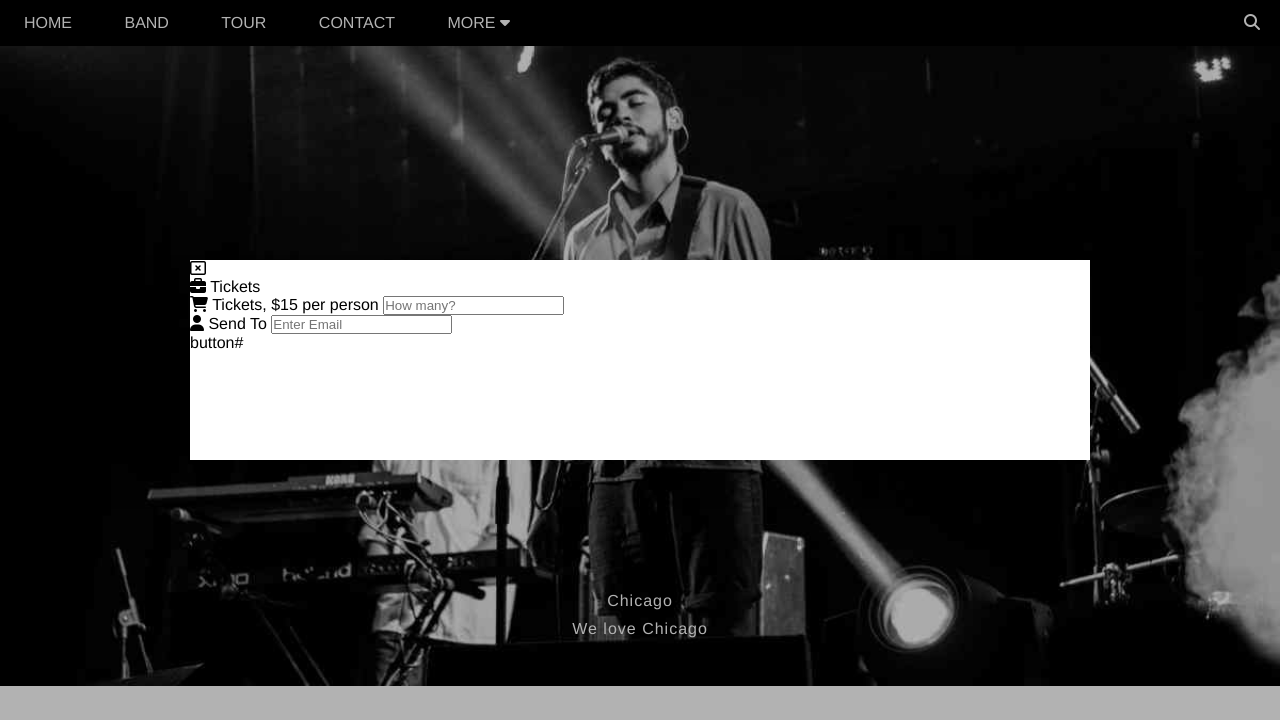
Repository: NguyenMinhChau/Theband
Page: index.html
An editor plug-in stored every save of this project. The page is shown before and after a run of saves, followed by the edit.
The browser window is 1280 px wide. The pictures show the window.
A layer covers the whole window, so only the first screen is drawn. Some web libraries are served in a nearby version.

Above is the page before, as saved 2021-10-23 12:52:36.

### index.html
<!DOCTYPE html>
<html lang="en">
<head>
    <meta charset="UTF-8">
    <meta http-equiv="X-UA-Compatible" content="IE=edge">
    <meta name="viewport" content="width=device-width, initial-scale=1.0">
    <title>THE BAND</title>
    <link rel="icon" href="https://www.w3schools.com/w3css/img_la.jpg"/>
    <script src="https://kit.fontawesome.com/a7b0f58175.js" crossorigin="anonymous"></script>
    <link rel="stylesheet" href="./assets/css/style.css">
</head>
<body>
    <div id="main">
        <div id="header">
            <!-- Begin Navigation -->
            <ul id="nav">
                <li><a href="#">Home</a></li>
                <li><a href="#">Band</a></li>
                <li><a href="#">Tour</a></li>
                <li><a href="#">Contact</a></li>
                <li><a href="#">More <i class="fas fa-caret-down"></i></a>
                    <ul class="subnav">
                        <li><a href="#">Merchandise</a></li>
                        <li><a href="#">Extras</a></li>
                        <li><a href="#">Media</a></li>
                    </ul>
                </li>
            </ul>
            <!-- End Navigation -->

            <!-- Begin Search -->
            <div class="icon-search">
                <a href="#"><i class="header-icon-search fas fa-search"></i></a>
            </div>
            <!-- End Search -->
        </div>

        <div id="slider">
            <div class="description">
                <h4>Chicago</h4>
                <p>We love Chicago</p>
            </div>
        </div>

        <div id="content">
            <!-- section: dành cho những phần dùng chung -->
            <!-- ABOUT SECTION -->
            <div class="content-section">
                <h2 class="section-heading">The Band</h2>
                <p class="section-subheading">We love music</p>
                <p class="about-text">We have created a fictional band website. Lorem ipsum dolor sit amet, consectetur adipiscing elit, sed do eiusmod tempor incididunt ut labore et dolore magna aliqua. Ut enim ad minim veniam, quis nostrud exercitation ullamco laboris nisi ut aliquip ex ea commodo consequat. Duis aute irure dolor in reprehenderit in voluptate velit esse cillum dolore eu fugiat nulla pariatur. Excepteur sint occaecat cupidatat non proident, sunt in culpa qui officia deserunt mollit anim id est laborum consectetur adipiscing elit, sed do eiusmod tempor incididunt ut labore et dolore magna aliqua. Ut enim ad minim veniam, quis nostrud exercitation ullamco laboris nisi ut aliquip ex ea commodo consequat.</p>
                <div class="members-list">
                    <div class="member-item">
                        <p class="member-name">Name</p>
                        <img src="./assets/img/about_member01.jpg" alt="" class="member-avata">
                    </div>
                    <div class="member-item">
                        <p class="member-name">Name</p>
                        <img src="./assets/img/about_member01.jpg" alt="" class="member-avata">
                    </div>
                    <div class="member-item">
                        <p class="member-name">Name</p>
                        <img src="./assets/img/about_member01.jpg" alt="" class="member-avata">
                    </div>
                    <div class="clear"></div>
                </div>
            </div>

            <!-- TOUR SECTION -->
            <div class="tour-section">
                <div class="content-section">
                    <h2 class="section-heading text-white">Tours Dates</h2>
                    <p class="section-subheading text-white">Remember to book your tickets!</p>
                    <ul class="tickets-list">
                        <li>September <span class="sold-out">Sold out</span></li>
                        <li>October <span class="sold-out">Sold out</span></li>
                        <li>November <span class="quantity">3</span></li>
                    </ul>
                    <div class="places-list">
                        <div class="place-item">
                            <img src="./assets/img/tour_place01.jpg" alt="New York" class="place-img">
                            <div class="place-body">
                                <h3 class="place-heading">New York</h3>
                                <p class="place-time">Fri 27 Nov 2016</p>
                                <p class="plave-desc">Praesent tincidunt sed tellus ut rutrum sed vitae justo.</p>
                                <a href="#" class="place-buy-btn">Buy Tickets</a>
                            </div>
                        </div>
                        <div class="place-item">
                            <img src="./assets/img/tour_place_02.jpg" alt="New York" class="place-img">
                            <div class="place-body">
                                <h3 class="place-heading">Paris</h3>
                                <p class="place-time">Sat 28 Nov 2016</p>
                                <p class="plave-desc">Praesent tincidunt sed tellus ut rutrum sed vitae justo.</p>
                                <a href="#" class="place-buy-btn">Buy Tickets</a>
                            </div>
                        </div>
                        <div class="place-item">
                            <img src="./assets/img/tour_place_03.jpg" alt="New York" class="place-img">
                            <div class="place-body">
                                <h3 class="place-heading">San Francisco</h3>
                                <p class="place-time">Sun 29 Nov 2016</p>
                                <p class="plave-desc">Praesent tincidunt sed tellus ut rutrum sed vitae justo.</p>
                                <a href="#" class="place-buy-btn">Buy Tickets</a>
                            </div>
                        </div>
                        <div class="clear"></div>
                    </div>
                </div>
            </div>

            <!-- CONTACT SECTION -->
            <div class="content-section">
                <h2 class="section-heading">Contact</h2>
                <p class="section-subheading">Fan? Drop a note!</p>
            </div>
        </div>

        <div id="footer">

        </div>
    </div>
    <!-- BEGIN MODEL -->
    <div class="modal">
        <div class="modal-container">
            <div class="modal-close">
                <i class="far fa-window-close"></i>
            </div>

            <header class="modal-header">
                <i class="fas fa-briefcase"></i> Tickets
            </header>

            <div class="modal-body">
                <div class="form-group">
                    <label for="" class="modal-label">
                        <i class="fas fa-shopping-cart"></i>
                        Tickets, $15 per person
                    </label>
                    <input type="text" class="modal-input" placeholder="How many?">
                </div>

                <div class="form-group">
                    <label for="" class="modal-label">
                        <i class="fas fa-user"></i>
                        Send To
                    </label>
                    <input type="email" class="modal-input" placeholder="Enter Email">
                </div>

                button#
            </div>
        </div>
    </div>
    <!-- END MODAL -->
    <script src="assets/js/main.js"></script>
</body>
</html>

### assets/css/style.css
:root{
    --header-height: 46px;
}
*{
    box-sizing: border-box;
    margin: 0;
    padding: 0;
}

html{
    font-family: Helvetica, Arial, sans-serif;
}

.clear{
    clear: both;
}

.text-white{
    color: #fff !important;
}

/* BEGIN CSS HEADER */
#header{
    height: var(--header-height);
    background-color: #000;
    position: fixed;
    top: 0;
    left: 0;
    right: 0;
}

#nav{
    display: inline-block;
}

#nav,
#subnav{
    list-style-type: none;
}

#nav li{
    display: inline-block;
    position: relative;
}

#nav > li > a{
    color: #fff;
    text-transform: uppercase;
}

#nav li a {
    text-decoration: none;
    line-height: var(--header-height);
    padding: 0 24px;

    display: block;
}

#nav > li:hover > a,
#nav .subnav li:hover a {
    color: #000;
    background-color: #ccc;
}

#nav > li:hover .subnav{
    display: block;
}

#nav .subnav{
    display: none;
    position: absolute;
    background-color: #fff;
    box-shadow: 0 0 10px rgba(0,0,0,0.3);
    color: #000;
    top: 100%;
    left: 0;
}

#nav .subnav li a{
    color: #000;
    padding: 0 12px;
    line-height: 38px;
    min-width: 160px;
}

#nav .subnav li{
    display: block;
}

#header .icon-search{
    /* position: absolute;
    top: 0;
    right: 0; */
    float: right;
    line-height: var(--header-height);
    padding: 0 20px;
}

#header .icon-search a{
    text-decoration: none;
}

#header .icon-search:hover{
    background-color: rgb(255, 39, 39);
    cursor: pointer;
}

#header .icon-search .header-icon-search{
    color: #fff;
}
/* END CSS HEADER */


/* BEGIN CSS SLIDER */
#slider{
    position: relative;
    margin-top: var(--header-height);
    /* Kỹ thuật tạo ảnh không bị méo khi thay đổi kích thước */
    padding-top: 50%; /* % là theo chiều ngang của chính nó*/

    /* Khi dùng padding như trên -> ta dùng bg-image để tạo ảnh vì có thể đổ ảnh từ padding */
    background: url('../img/slider_band_chicago.jpg') no-repeat center / cover;
    z-index: -1;
}

#slider .description{
    position: absolute;
    bottom: 0;
    left: 50%;
    transform: translateX(-50%);

    color: #fff;
    text-align: center;
    margin-bottom: 48px;
    letter-spacing: 1px;
}

#slider .description h4,
#slider .description p{
    text-shadow: 0 0 10 rgba(0,0,0,0.5);
}

#slider .description h4{
    font-weight: 540;
    padding: 10px 0;
}
/* END CSS SLIDER */

/* BEGIN CSS CONTENT */
/* CSS ABOUT */
#content .content-section{
    width: 800px;
    margin: auto;
    padding: 64px 0;
}

#content .section-heading,
#content .section-subheading{
    text-align: center;
}

#content .section-heading{
    font-size: 30px;
    font-weight: 500;
    text-transform: uppercase;
    letter-spacing: 4px;
}

#content .section-subheading{
    font-size: 15px;
    font-style: italic;
    margin: 25px 0;
    opacity: 0.7;
}

#content .about-text{
    text-align: justify;
    font-size: 15px;
    line-height: 1.4;
}

#content .members-list{
    margin-top: 48px;
}

#content .member-item{
    float: left;
    text-align: center;
    width: calc(100% / 3);
}

#content .member-name{
    font-size: 15px;
}

#content .member-avata{
    margin-top: 15px;
    width: 154px;
    border-radius: 5px;
}

/* CSS TOUR */
#content .tour-section{
    background-color: #000;
}

#content .tickets-list{
    background-color: #fff;
    margin: 40px 0;
    list-style: none;
}

#content .tickets-list li{
    font-size: 15px;
    padding: 12px 16px;
    border-bottom: 1px solid #ddd;
    color: #757575;
}

#content .tickets-list .sold-out{
    background-color: #f44336;
    color: #fff;
    padding: 3px 4px;
    margin-left: 16px;
}

#content .tickets-list .quantity{
    float: right;
    background-color: #000;
    border-radius: 50%;
    width: 24px;
    height: 24px;
    color: #fff;
    text-align: center;
    line-height: 24px;
    margin-top: -3px;
}

#content .tour-section .places-list{
    margin: 0 -8px 48px;
}

#content .place-item{
    float: left;
    width: calc(100% / 3);
    padding: 0 8px;
}

#content .place-img{
    width: 100%;
    display: block;
}

#content .place-img:hover{
    opacity: 0.7;
}

#content .place-body{
    background-color: #fff;
    padding: 16px;
    font-size: 15px;
}

#content .place-heading{
    font-weight: 550;
}

#content .place-time{
    margin: 15px 0;
    color: #757575;
}

#content .plave-desc{
    line-height: 1.4;
}

#content .place-buy-btn{
    text-decoration: none;
    background-color: #000;
    color: #fff;
    padding: 11px 16px;
    /* Khắc phục tình trạng button che thẻ description */
    display: inline-block;
    margin-top: 15px;
}

#content .place-buy-btn:hover{
    background-color: #ccc;
    color: #000;
}
/* END CSS CONTENT */


#footer{

}

/* BEGIN CSS MODAL */
.modal{
    position: fixed;
    top: 0;
    bottom: 0;
    right: 0;
    left: 0;
    background: rgba(0,0,0,0.3);
    display: flex;
    align-items: center;
    justify-content: center;
    padding: 0 15px;
}

.modal-container{
    background-color: #fff;
    width: 900px;
    min-height: 200px;
}

.modal-close{

}

.modal-header{

}

.modal-body{

}

.modal-label{

}

.modal-input{

}
/* END CSS MODAL */

Loaded but not shown: assets/js/main.js (no stored copy; drawn as an empty file)

After the next 5 saves:
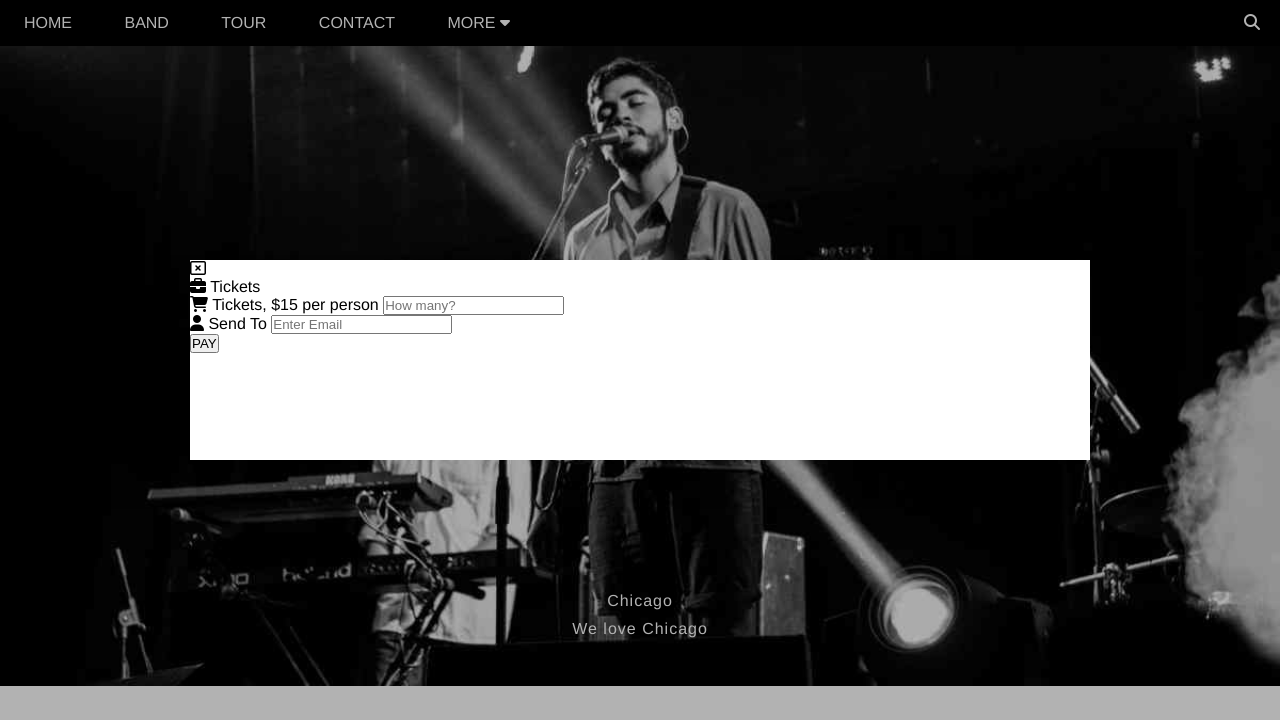
The 5 saves are shown as one change because they came seconds apart.
The last was saved 12 s later.
--- a/index.html
+++ b/index.html
@@ -148,7 +148,10 @@
                     <input type="email" class="modal-input" placeholder="Enter Email">
                 </div>
 
-                button#
+                <button id="buy-tickets">
+
+                    PAY
+                </button>
             </div>
         </div>
     </div>
